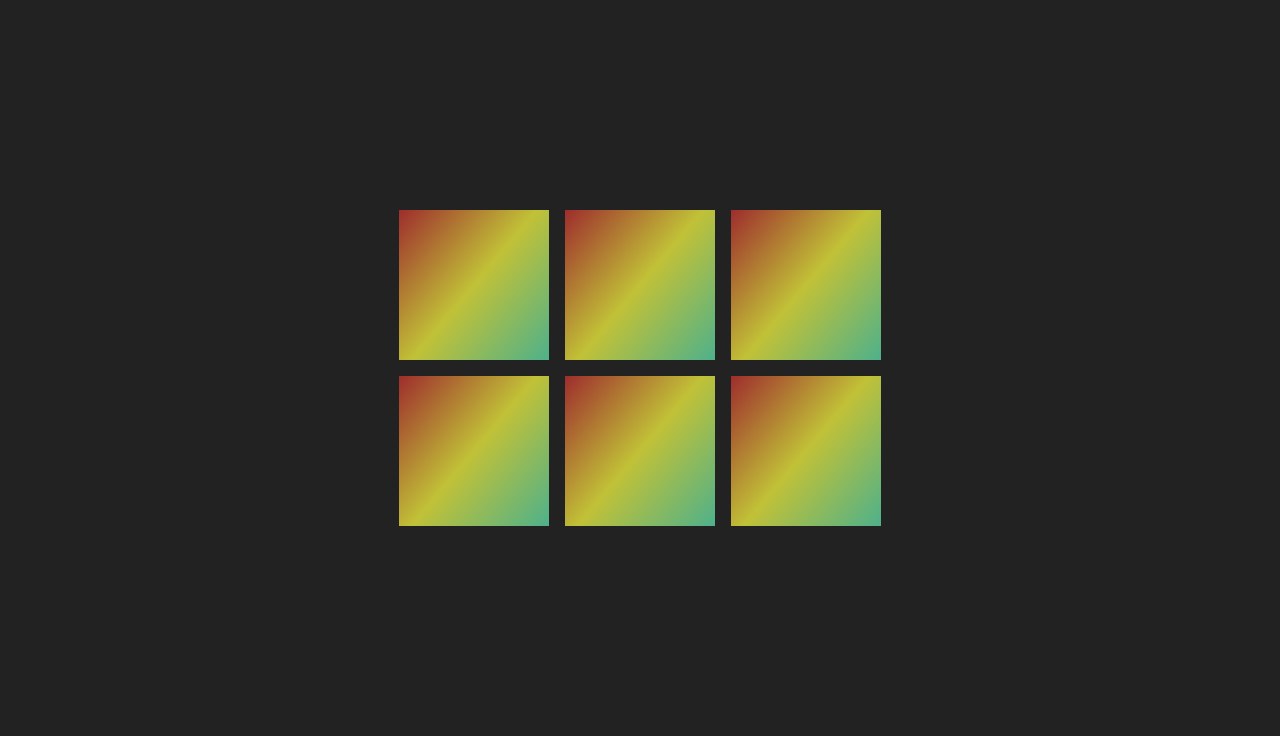
Repository: mariocapitbrok/css-grid
Page: index.html
The author's editor kept a copy of each file at every save. The page is drawn from the files as they stood at one save, then again after the next save.
The browser window is 1280 px wide. The pictures show the whole page.

Above is the page before, as saved 2022-12-29 13:15:32.

After the next save:
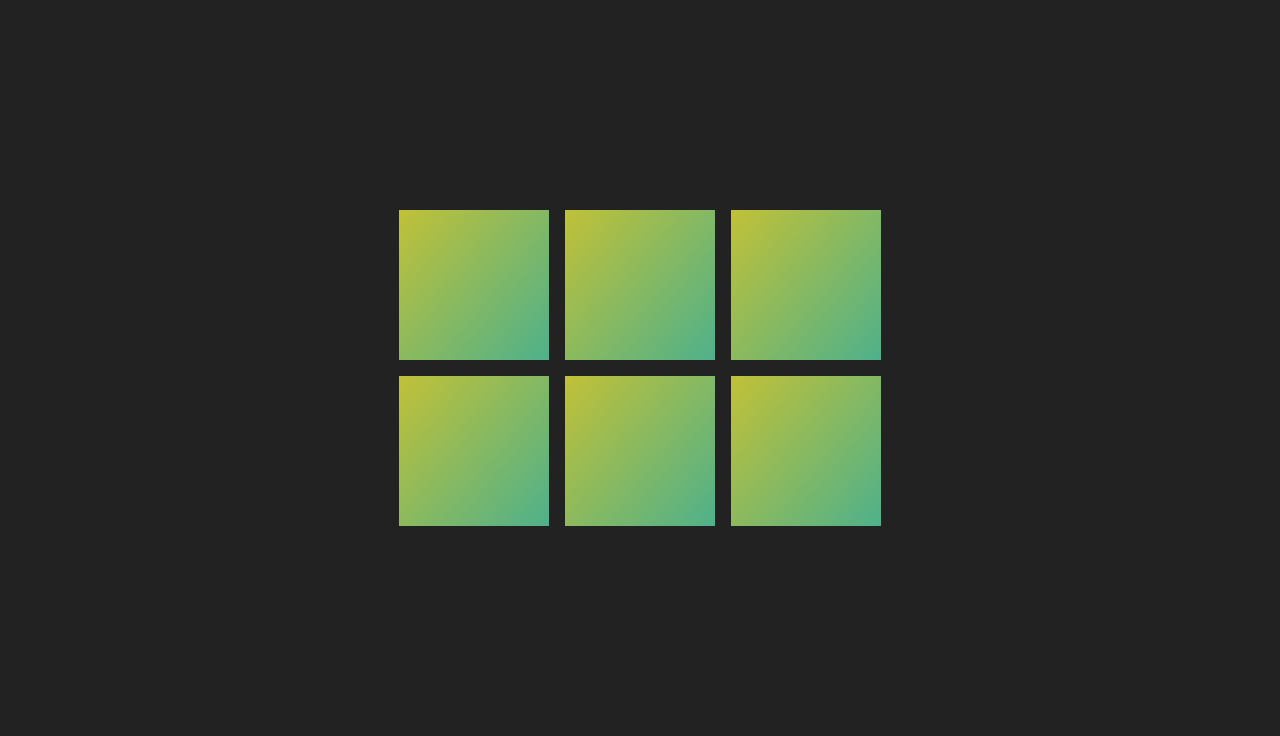
Saved 8 s later.
--- a/styles.css
+++ b/styles.css
@@ -15,5 +15,5 @@ body {
 
 .item {
   background-color: #1EAAFC;
-  background-image: linear-gradient(130deg, #9e2d2d 0%, #c1c137, #4eb18b);
+  background-image: linear-gradient(130deg, #9e2d2d 0%, #c1c137 0%, #4eb18b);
 }
